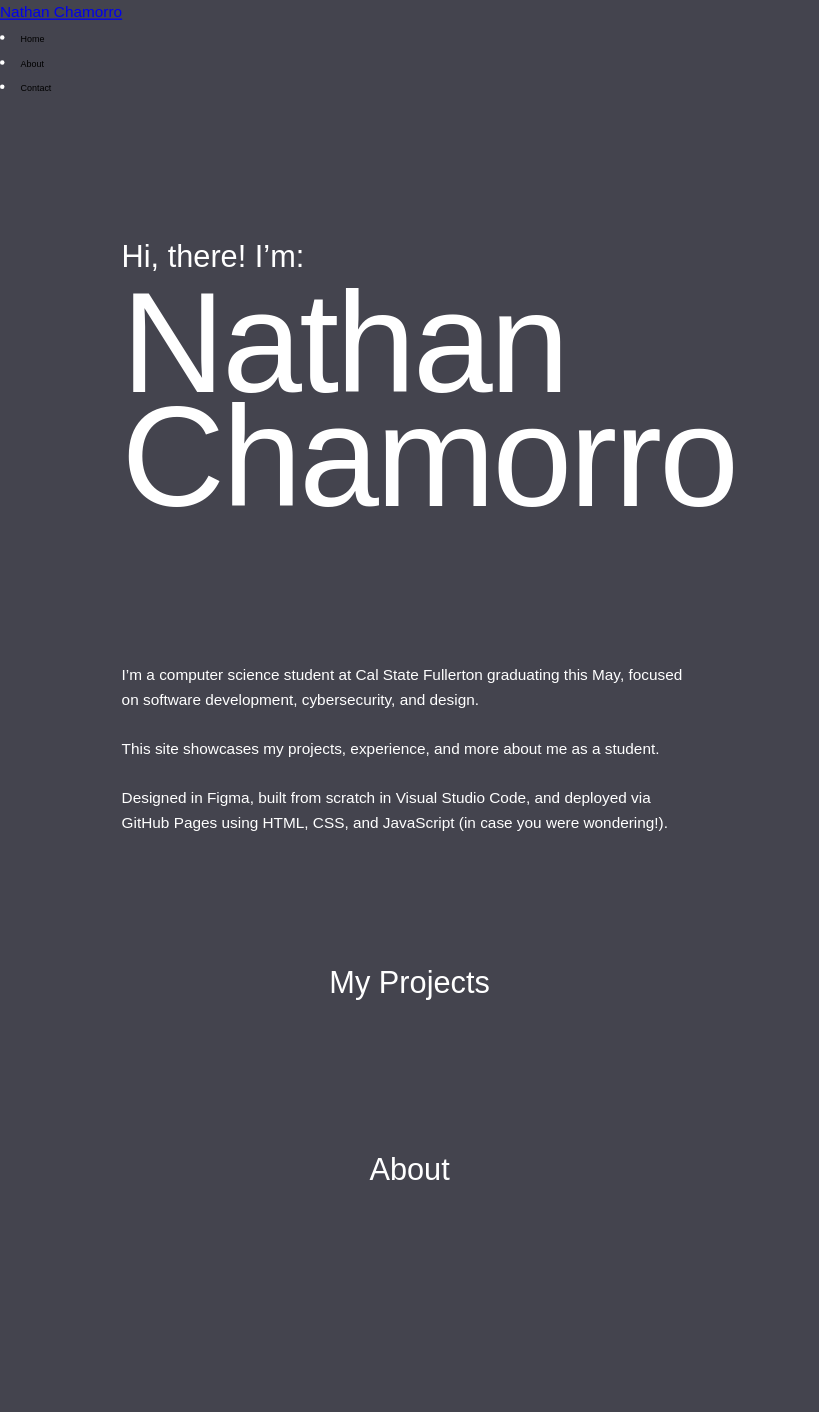
Repository: nathanchamorro1/nathanchamorro1.github.io
Page: index.html
These files come from the project's save history. The page is drawn as it stood at one moment and after the next save; the edit follows.
The browser window is 1280 px wide. The pictures show the whole page, at 64% of full size.
Some web fonts or font styles are not loaded; a fallback is used.

Above is the page before, as saved 2026-02-17 16:57:52.

After the next save:
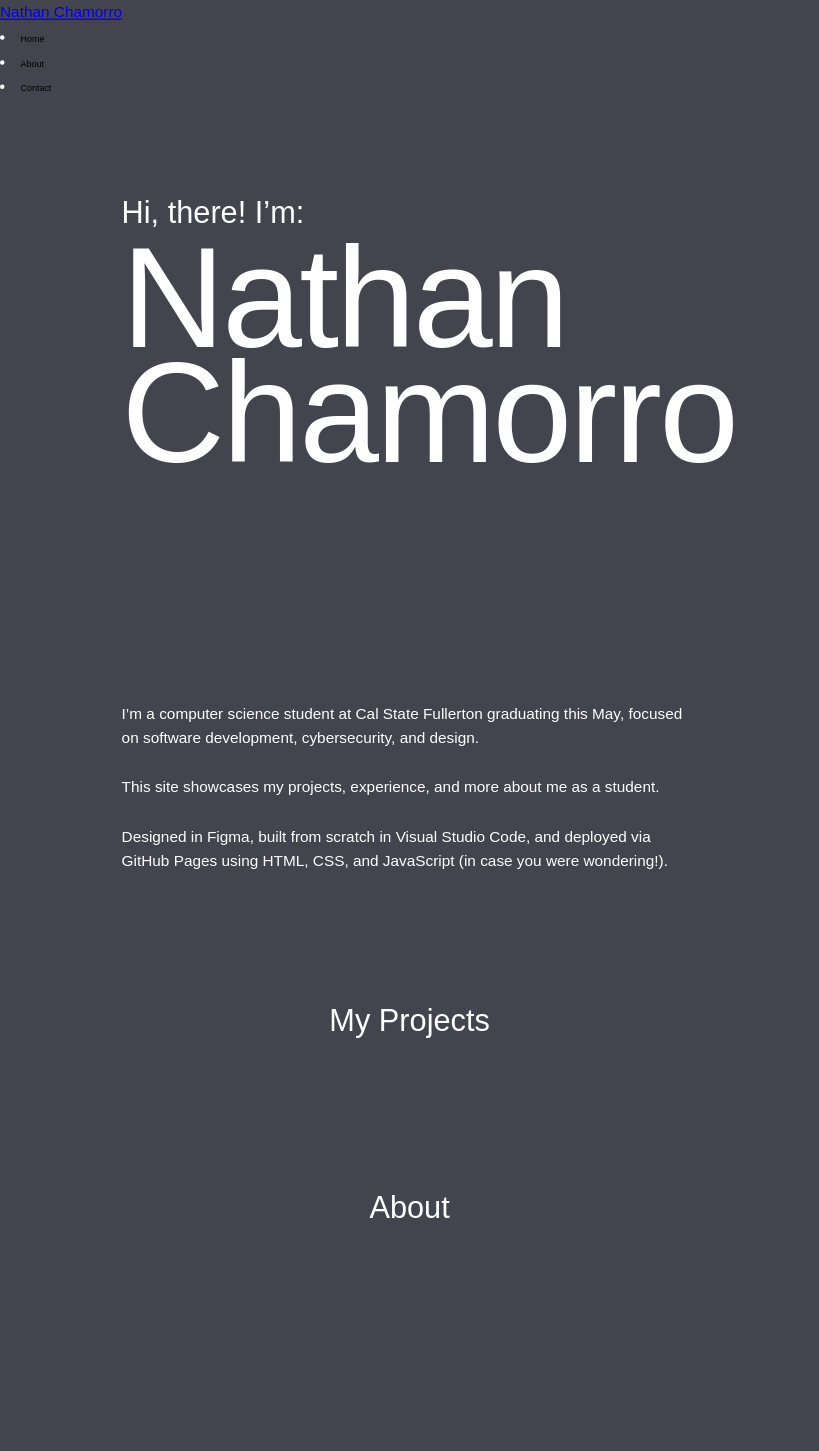
Saved 105 s later.
--- a/css/style.css
+++ b/css/style.css
@@ -25,7 +25,8 @@ body {
     display: flex;
     align-items: flex-start;
     flex-direction: column;
-    justify-content: center;
+    justify-content: flex-start;
+    padding-top: 60px;
     text-align: left;
 }
 
